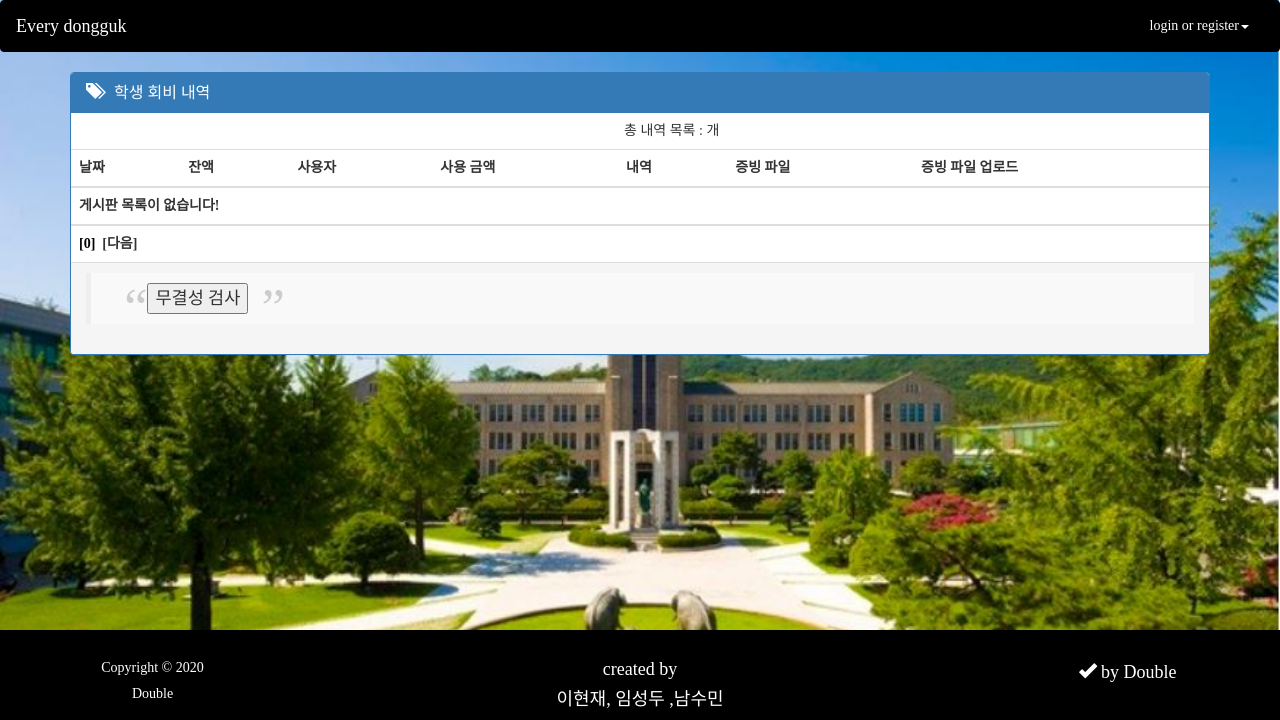
Repository: CSID-DGU/2020-1-ESCD-DOUBLE
Page: http://localhost/web/WEB-INF/views/bank/blistall.jsp
These files come from the project's save history. The page is drawn as it stood at one moment and after the next save; the edit follows.
The browser window is 1280 px wide. The pictures show the whole page.
Some web fonts or font styles are not loaded; a fallback is used. Some web libraries are served in a nearby version. The page is served by Tomcat 9. Nobody is signed in. The template is opened directly, without the code that normally fills it, so the values that code supplies are empty.

Above is the page before, as saved 2020-05-27 07:31:03.

After the next save:
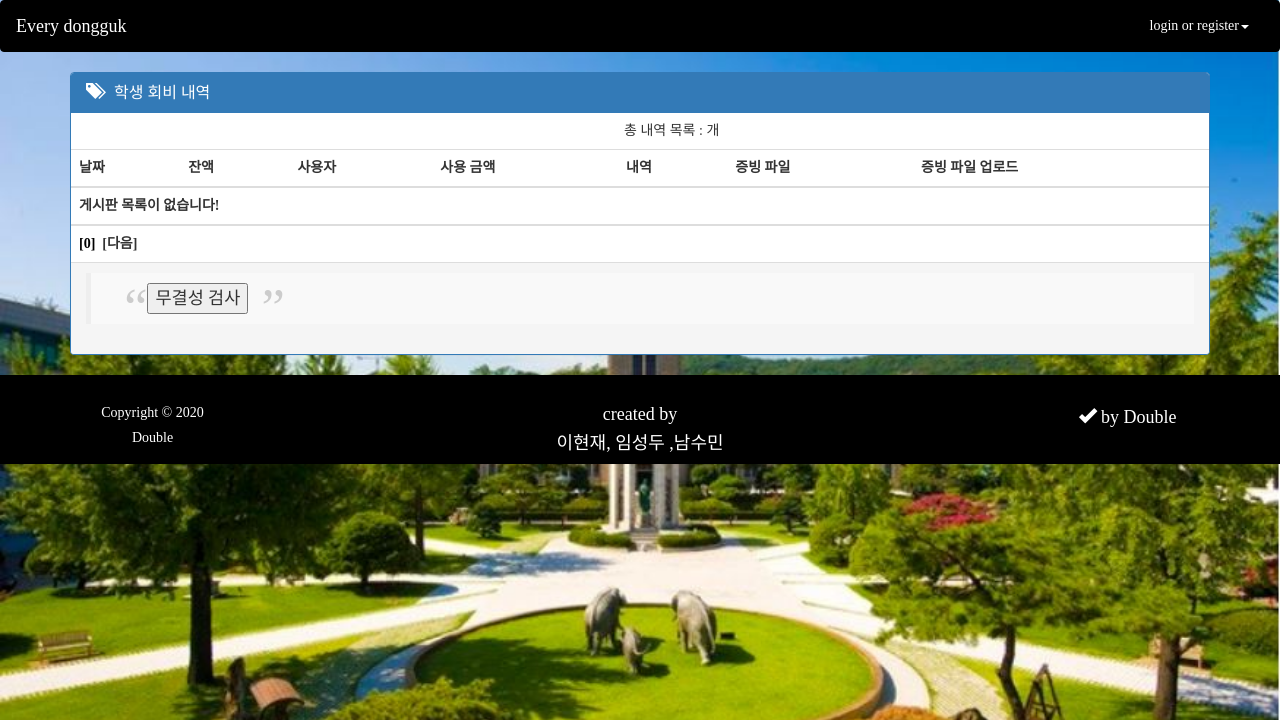
Saved 5 min 18 s later.
--- a/web/src/main/webapp/resources/css/template.css
+++ b/web/src/main/webapp/resources/css/template.css
@@ -2,7 +2,7 @@
 
 .footer {
 
-position: absolute;
+position: relative;
 left: 0;
 bottom: 0;
 width: 100%;

After the save that followed:
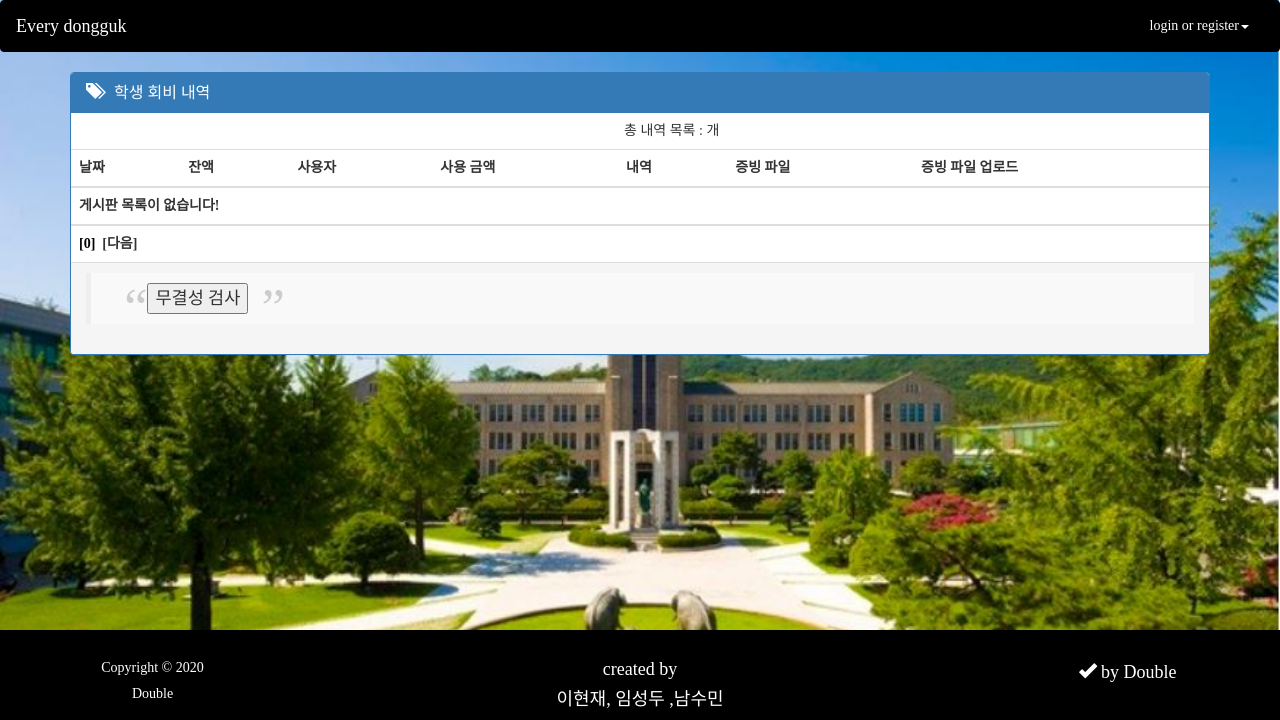
Saved 116 s later.
--- a/web/src/main/webapp/resources/css/template.css
+++ b/web/src/main/webapp/resources/css/template.css
@@ -2,7 +2,7 @@
 
 .footer {
 
-position: relative;
+position: absolute;
 left: 0;
 bottom: 0;
 width: 100%;
